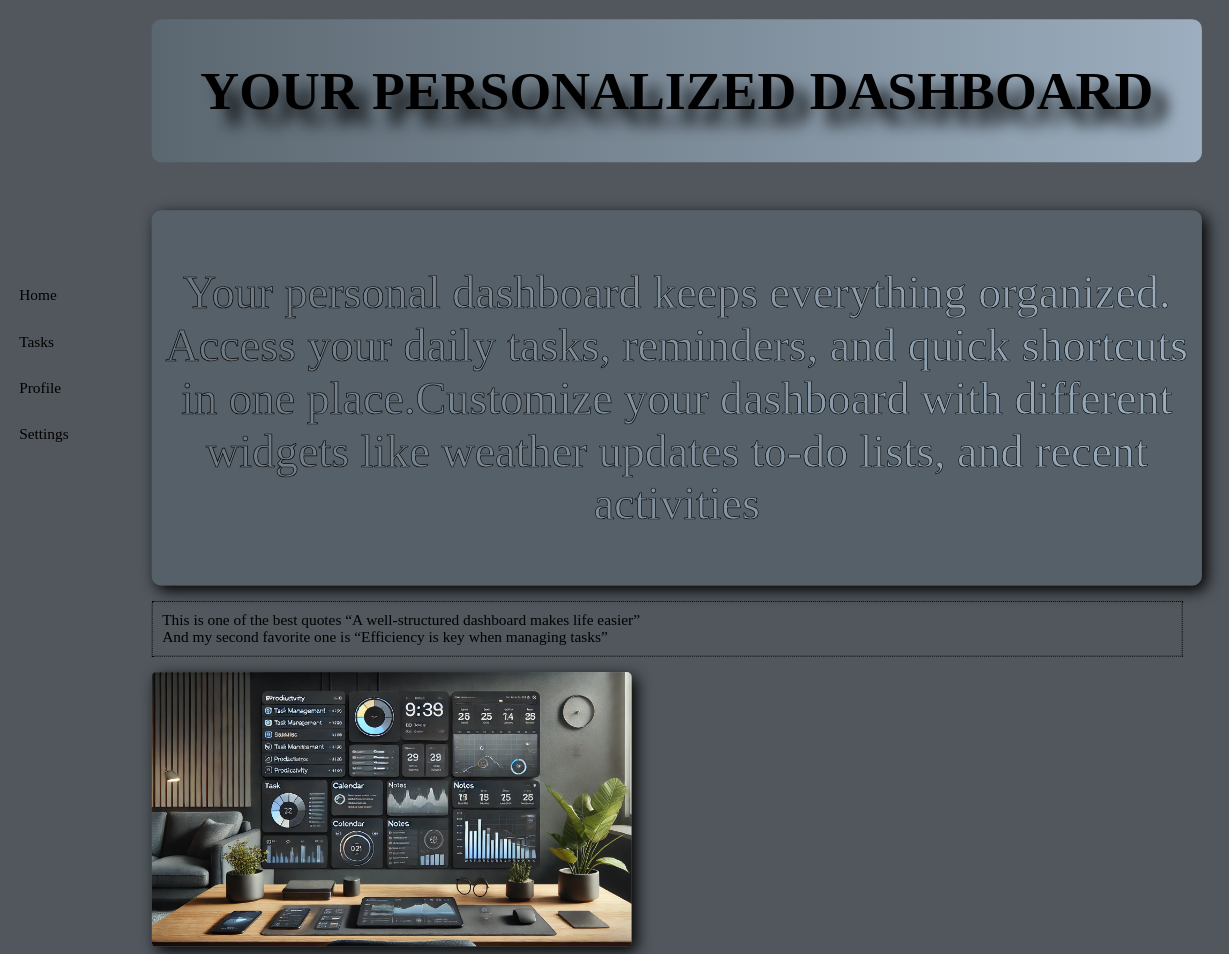
Repository: Parnicoza/testecomplete
Page: testcomplet-14.html
An editor plug-in stored every save of this project. The page is shown before and after the next save, followed by the edit.
The browser window is 1280 px wide. The pictures show the whole page, at 96% of full size.

Above is the page before, as saved 2025-02-26 18:11:18.

### testcomplet-14.html
<!DOCTYPE html>
<html lang="en">

<head>
    <title>Personal Dashboard</title>
    <link rel="stylesheet" href="stilizaretestcomplet-14.css">
    <link rel="icon" href="imaginitestecomplete/dashboard.ico">
</head>

<body>
    <div class="background-for-the-heading">
        <h1 class="main-heading">Your Personalized Dashboard</h1>
    </div>

    <div class="thesamebackground">
        <p class="paragraph-gradient">Your personal dashboard keeps everything organized. Access your daily tasks,
            reminders, and quick shortcuts in one place.Customize your dashboard with different widgets like weather
            updates to-do lists, and recent activities</p>
    </div>

    <blockquote class="quote">
        This is one of the best quotes <q>A well-structured dashboard makes life easier</q> <br>
        And my second favorite one is <q>Efficiency is key when managing tasks</q>
    </blockquote>

    <img src="imaginitestecomplete/productivity.jpg" alt="productivity image" width="500 px" class="image" title="Productivity image">

    <div class="Dashboard">
        <div class="sidebar">
            <ul class="list">
                <li>Home</li>
                <li>Tasks</li>
                <li>Profile</li>
                <li>Settings</li>
            </ul>
        </div>
    </div>
</body>

</html>

### stilizaretestcomplet-14.css
body{
    background-color:#51575D;
}

.main-heading{
    text-align: center;
    text-transform: uppercase;
    text-shadow: 15px 15px 15px black;
    font-size: 3.5em;
    color: black;
}

.background-for-the-heading{
    background: linear-gradient(to right, #5B6770, #9CAEBF);
    margin: 20px;
    padding: 5px;
    border-radius: 10px;
    margin-left: 150px;
}

.thesamebackground{
    background-color: rgba(91, 103, 112, 0.6) ;
    margin-left: 150px;
    margin-top: 50px;
    text-align: center;
    padding: 10px;
    border-radius: 10px;
    box-shadow: 5px 5px 15px black;
    margin-right: 20px;
}

.paragraph-gradient{
    background: linear-gradient(to right, #6A747D, #9BAEBF);
    background-clip: text;
    color: transparent;
    font-size: 3em;
    -webkit-text-stroke: 0.7px black;
    text-align: center;
}

.quote{
    border: 1px dotted black;
    padding: 10px;
    margin-left: 150px;
}

.divider{
    border: none;
    height: 4px;
    background-color: lightgray;
    border: 3px dotted black;
    margin: 14px;
    margin-left: 150px;
}

.image{
    border-radius: 5px;
    box-shadow: 5px 5px 15px black;
    display: block;
    margin: 0 auto;
    margin-left: 150px;
}

.picture{
    margin-left: 150px;
}

.Dashboard{
    display: flex;
}

.sidebar{
    display: flex;
    flex-direction: column;
   width: 250px;
   position: fixed;
   left: 0;
   top: 0;
   height: 100vh;
   justify-content: center;
   margin: 20px;
}

.list{
    list-style-type: none;
    display: flex;
    flex-direction: column;
    gap: 30px;
    padding: 0;
}

.container{
    margin-left: 150px;
}

After the next save:
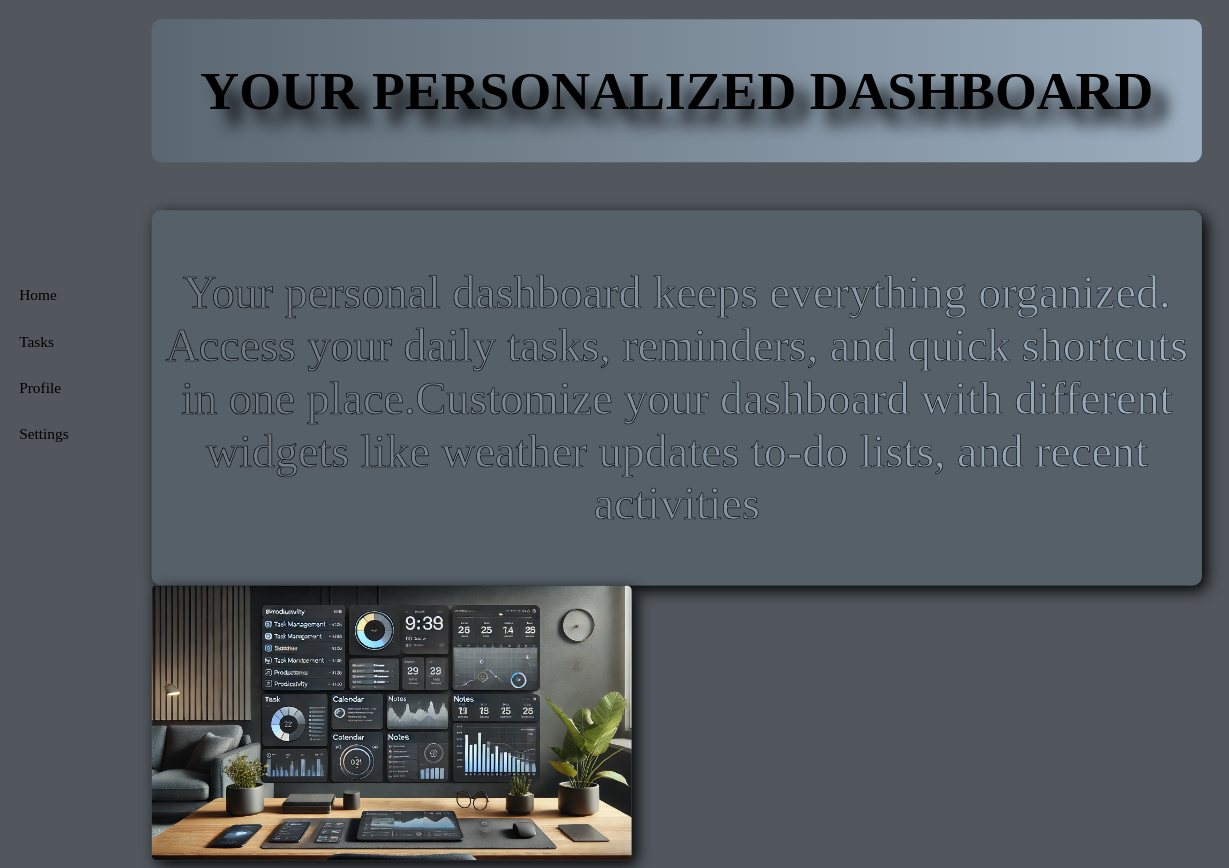
Saved 20 s later.
--- a/testcomplet-14.html
+++ b/testcomplet-14.html
@@ -18,11 +18,6 @@
             updates to-do lists, and recent activities</p>
     </div>
 
-    <blockquote class="quote">
-        This is one of the best quotes <q>A well-structured dashboard makes life easier</q> <br>
-        And my second favorite one is <q>Efficiency is key when managing tasks</q>
-    </blockquote>
-
     <img src="imaginitestecomplete/productivity.jpg" alt="productivity image" width="500 px" class="image" title="Productivity image">
 
     <div class="Dashboard">
